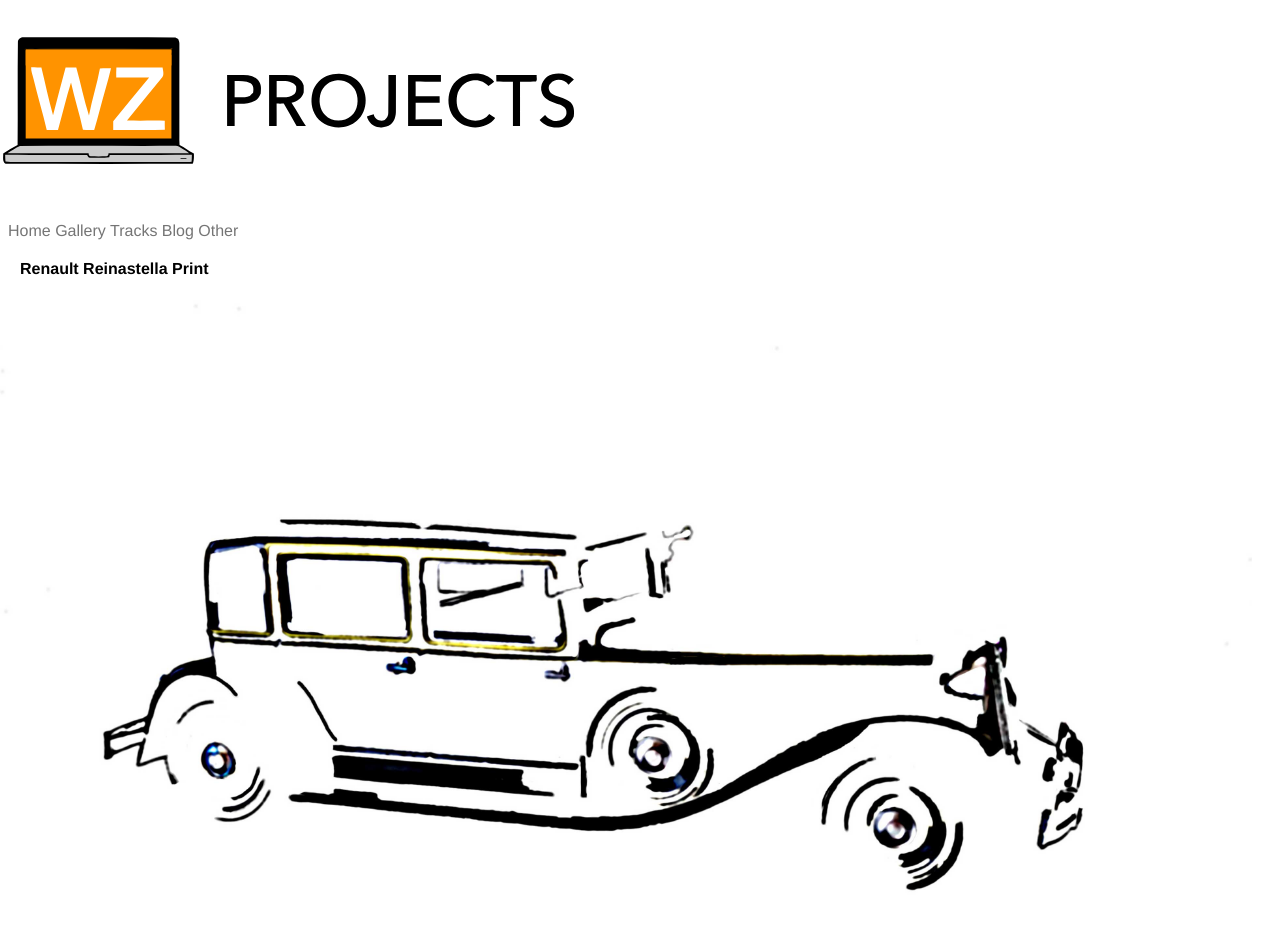
Repository: willzhang05/willzhang05.github.io-old
Page: gallery.html
The author's editor kept a record of every edit. The page is drawn from the files as they stood at one moment, then again after the next edit.
The browser window is 1280 px wide. The pictures show the part of the page from y = 0 to 952 px (the page is 1662 px tall before and 1632 px after).

Above is the page before.

### gallery.html
<!DOCTYPE html>
<html>
	<script type="text/javascript">
	</script>
	<head>
		<meta property="og:image" content="images/WZProjectslogo-vector.svg"/>
		<meta property="og:image:secure_url" content="images/WZProjectslogo-vector.svg"/>
		<meta charset="UTF-8">
		<meta name="description" content="William Zhang Projects">
		<meta name="author" content="William Zhang">

		<link rel="icon" type="image/png" href="https://www.blogger.com/favicon-image.g?blogID=6274754737357801226">
		<link rel="stylesheet" href="main-style.css">
		<link rel="import" href="bower_components/polymer/polymer.html">
		<link rel="import" href="bower_components/paper-ripple/paper-ripple.html">
		<link rel="import" href="bower_components/core-icons/core-icons.html">
		<link rel="import" href="bower_components/font-roboto/roboto.html">
		<link rel="import" href="bower_components/paper-menu-button/paper-menu-button.html">
		<link rel="import" href="bower_components/paper-dropdown/paper-dropdown.html">
		<link rel="import" href="bower_components/paper-elements/paper-elements.html">
		<link rel="import" href="bower_components/core-menu/core-menu.html">
		<link rel="import" href="bower_components/core-dropdown-menu/core-dropdown-menu.html">
		<link rel="import" href="bower_components/paper-shadow/paper-shadow.html">
	</head>
	<title>Gallery - WZProjects</title>
	<body>
		<div class="header">
				<a href="http://willzhang05.github.io">
					<div class="logo">
						<img src="images/WZProjectslogo-vector.svg" width="640" height="200" alt="WZProjects"/>
					</div>
				</a>
		</div>
		<br/>
		<paper-shadow z="1">
			<div class="topbanner">
				<paper-menu-button>
					<paper-icon-button style="margin:4px;" icon="menu" role="button" tabindex="0" aria-label="menu">
							<paper-ripple></paper-ripple>
					</paper-icon-button>
					<paper-dropdown class="dropdown">
							<paper-item>
								<a class="links" href="http://willzhang05.github.io">
									Home
								</a>
							</paper-item>
							<paper-item>
								<a class="links" href="gallery.html">
									Gallery
								</a>
							</paper-item>
							<paper-item>
								<a class="links" href="tracks.html">
									Tracks
								</a>
							</paper-item>
							<paper-item>
								<a class="links" href="http://thewiztechblog.blogspot.com/">
									Blog
								</a>
							</paper-item>
							<paper-item>
								<a class="links" href="other.html">
									Other
								</a>
							</paper-item>
					</paper-dropdown>
				</paper-menu-button>
			</div>
		</paper-shadow>
		<!--<paper-shadow class="shadow" z="0" animated>-->
		<paper-shadow z="1">
			<div class="content">
				<h1 style="padding:15px;">Renault Reinastella Print</h1>
				<div class="image">
					<img src="images/renault-reinastella-print-optimized.jpg" width="97.8%" height="55%" alt="Renault Reinastella Print"/>
				</div>
				<div style="padding:15px;">
					<span>
						Made with Adobe Photoshop CS2.
						<br />
						This work is licensed under a
						<a class="source" rel="license" href="http://creativecommons.org/licenses/by/4.0/" target="_blank">Creative Commons Attribution 4.0 International License</a>.
					</span>
				</div>
			</div>
		</paper-shadow>
		<paper-shadow z="1">
			<div class="content">
		        <h1 style="padding:15px;">My Flickr Photostream</h1>
		        <div style="text-align:center; padding:10px;">
		        	<iframe src="https://www.flickr.com/photos/126785613@N04/15964545350/player/" width="64%" height="360px" frameborder="0" allowfullscreen webkitallowfullscreen mozallowfullscreen oallowfullscreen msallowfullscreen>
		        	</iframe>
	            </div>
	        </div>
		</paper-shadow>
		<div class="footer">
			<div class="categories">
				<paper-shadow z="1">
					<paper-item style="width:20%; float:left; text-align:center;">
						<a class="links" href="http://willzhang05.github.io">
							Home
						</a>
					</paper-item>
					<paper-item style="width:20%; float:left; text-align:center;">
						<a class="links" href="gallery.html">
							Gallery
						</a>
					</paper-item>
					<paper-item style="width:20%; float:left; text-align:center;">
						<a class="links" href="tracks.html">
							Tracks
						</a>
					</paper-item>
					<paper-item style="width:20%; float:left; text-align:center;">
						<a class="links" href="http://thewiztechblog.blogspot.com">
							Blog
						</a>
					</paper-item>
					<paper-item style="width:20%; float:left; text-align:center;">
						<a class="links" href="other.html">
							Other
						</a>
					</paper-item>
				</paper-shadow>
			</div>
			<paper-shadow z="1">
				<div class="attribution">
					<br/>
					<span style="margin-left:15px; display:inline-block;">
						Polymer Web Components used under the
						<a class="source" href="http://polymer.github.io/LICENSE.txt" target="_blank">BSD license.</a>
						Material Design components available here:
						<a class="source" href="http://www.polymer-project.org/" target="_blank">Polymer Project.</a>
					</span>
				</div>
			</paper-shadow>
		</div>
	</body>
</html>

### main-style.css
/*http://meyerweb.com/eric/tools/css/reset/*/

html, body, div, span, applet, object, iframe,
h2, h3, h4, h5, h6, p, blockquote, pre,
a, abbr, acronym, address, big, cite, code,
del, dfn, em, img, ins, kbd, q, s, samp,
small, strike, strong, sub, sup, tt, var,
b, u, i, center,
dl, dt, dd, ol, ul, li,
fieldset, form, label, legend,
table, caption, tbody, tfoot, thead, tr, th, td,
article, aside, canvas, details, embed,
figure, figcaption, footer, header, hgroup,
menu, nav, output, ruby, section, summary,
time, mark, audio, video {
    margin: 0;
    padding: 0;
    border: 0;
    font-size: 100%;
    font: inherit;
    vertical-align: baseline;
}

body {
	width: 100%;
	font-family: RobotoDraft, Helvetica Neue, Helvetica, sans-serif;
	overflow-x: hidden;
	-webkit-user-select: none;
    -moz-user-select: none;
    -ms-user-select: none;
    user-select: none;
    -webkit-tap-highlight-color: rgba(0,0,0,0);
    -webkit-touch-callout: none;
}

a {
	color: #757575;
	text-decoration: none;
	-webkit-transition: all 0.2s ease;
  	-moz-transition: all 0.2s ease;
  	-ms-transition: all 0.2s ease;
  	-o-transition: all 0.2s ease;
   	transition: all 0.2s ease;
}

.links:hover {
	color: black;
	font-weight: bold;
}

.source:hover {
	color: black;
	text-decoration: underline;
}

h1 {
	font-size: 16px;
	margin: 5px;
}

#wrapper {
	min-height: 100%;
	position: relative;
    z-index: 10;
    top: 0;
    left: 0;
    -webkit-transition: all 0.3s;
    -moz-transition: all 0.3s;
    -ms-transition: all 0.3s;
    -o-transition: all 0.3s;
    transition: all 0.3s;
}

#header-wrapper {
	height:268px;
	/*background:linear-gradient(#FF6D00, rgb(57,117,215));*/
}

#header-banner {
	width: 100%;
	height: 220px;
	float: left;
	clear: both;
	background-color: rgb(57,117,215);
}

#header-navbar {
	width: 100%;
	height: 48px;
	clear: both;
	background-color:#D4D4D4 /*#1976D2*/;
	/*-webkit-box-shadow: 0 0 6px rgba(0,0,0,0.1);
	box-shadow: 0 0 6px rgba(0,0,0,0.1);*/
}

.sidebar {
	height: 500px;
	float: left;
	margin-bottom: 0px;
	background-color: #EEEEEE;
	/*-webkit-box-shadow: 0 0 6px rgba(0,0,0,0.1);
	box-shadow: 0 0 6px rgba(0,0,0,0.1);*/
	overflow-y: auto;
	position: relative;
}

/*begin menu testing*/

.mask {
    position: fixed;
    top: 0;
    left: 0;
    z-index: 15;
    width: 100%;
    height: 100%;
}

nav.slideLeft {
    top: 0;
    width: 300px;
    height: 100%;
}

nav.slideLeft {
    left: -300px;
}

/*body.sml-open nav.slideLeft {
    left: 0;
}
*/
/*end menu testing*/

#content {
	overflow: hidden;
	padding-top: 10px;
   	padding-bottom: 148px;
}

.card {
	cursor: pointer;
	width: 50%;
	margin-top: 2%;
	margin-bottom: 2%;
	margin-left: 25%;
	float: left;
	background-color: #EEEEEE;
	-webkit-box-shadow: 0 0 6px rgba(0,0,0,0.1);
	box-shadow: 0 0 6px rgba(0,0,0,0.1);
	-webkit-transition: all 0.3s ease;
  	-moz-transition: all 0.3s ease;
  	-ms-transition: all 0.3s ease;
  	-o-transition: all 0.3s ease;
   	transition: all 0.3s ease;

}

.card > h1 {
	padding: 15px;
}

.card:hover {
	box-shadow: 0 2px 10px 0 rgba(0, 0, 0, 0.16), 0 2px 5px 0 rgba(0, 0, 0, 0.26);
}

.card:active {
	margin-top: 1.75%;
	margin-bottom: 2.25%;
}

.card .description {
	padding: 15px;
}

.card .image, .video, .music {
	padding-left: 17.5%;
	padding-right: 17.5%;
	border:none;
}

#footer {
	width: 100%;
	height: 148px;
	clear: both;
	bottom: 0;
	left: 0;
}

.categories {
	width: 100%;
	height: 48px;
	overflow: hidden;
	background-color: #D4D4D4;
	/*-webkit-box-shadow: 0 0 6px rgba(0,0,0,0.1);
	box-shadow: 0 0 6px rgba(0,0,0,0.1);*/
	/*position:fixed;
	top:95%;*/
}

.attribution {
	width: 100%;
	height: 100px;
	background-color: #424242; /*Meaning of life 3x*/
	color: #EEEEEE;
	text-align: center;
}

.test {
	color: black;
	/*Test ideas here*/
}

After the next edit:
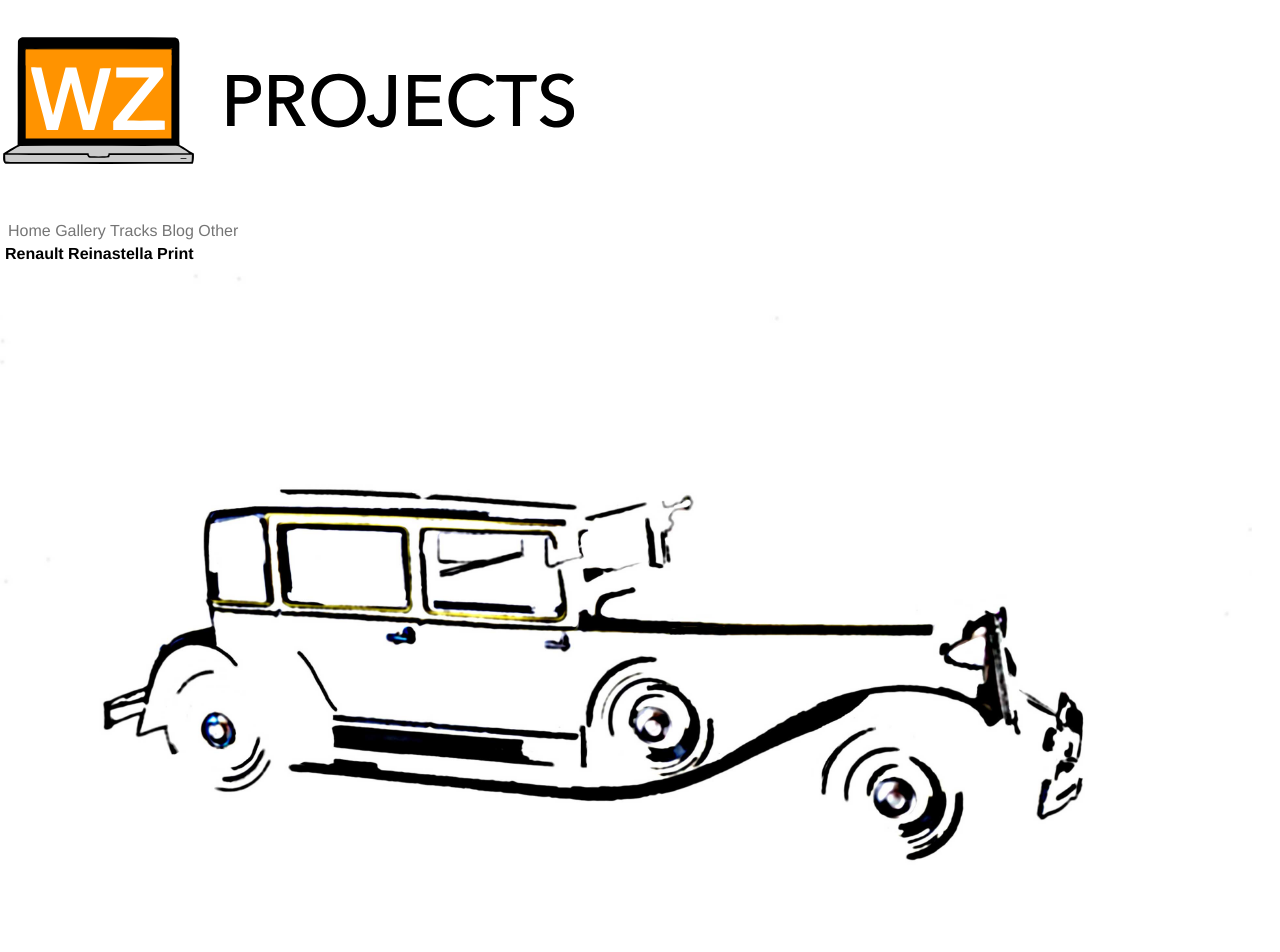
The edit:
--- a/gallery.html
+++ b/gallery.html
@@ -71,7 +71,7 @@
 		<!--<paper-shadow class="shadow" z="0" animated>-->
 		<paper-shadow z="1">
 			<div class="content">
-				<h1 style="padding:15px;">Renault Reinastella Print</h1>
+				<h1>Renault Reinastella Print</h1>
 				<div class="image">
 					<img src="images/renault-reinastella-print-optimized.jpg" width="97.8%" height="55%" alt="Renault Reinastella Print"/>
 				</div>
